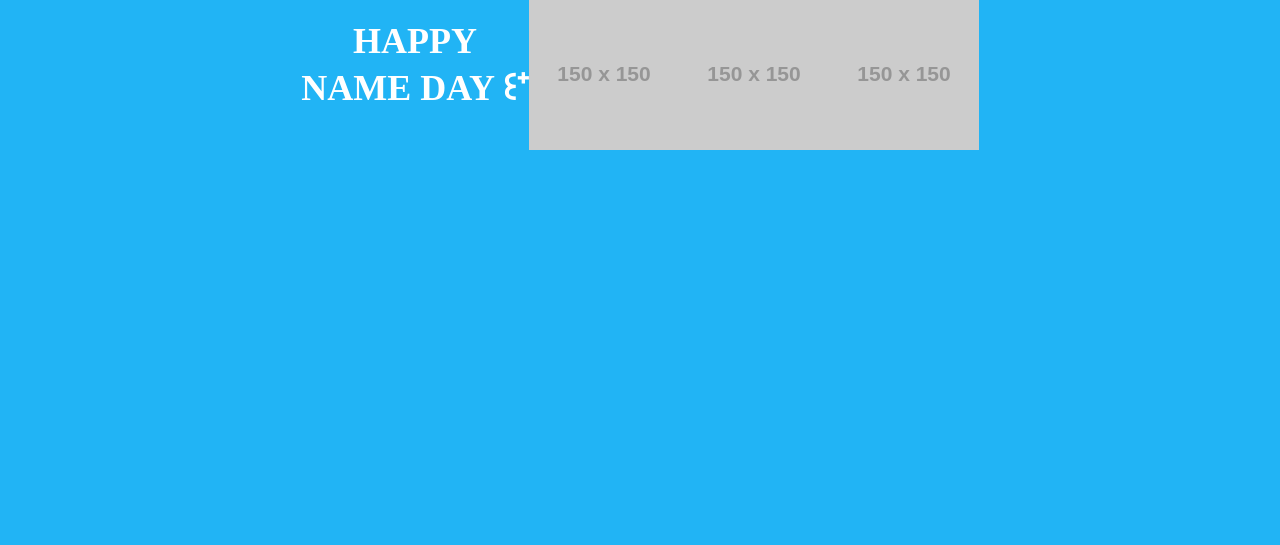
Repository: naps00/BIRTHDAY
Page: /details
An editor plug-in stored every save of this project. The page is shown before and after the next save, followed by the edit.
The browser window is 1280 px wide. The pictures show the whole page.
The project was rebuilt for these pictures with package versions that can differ from the ones it lists, and the page was loaded fresh each time.

Above is the page before, as saved 2024-12-12 04:06:42.

### src/App.js
import React, { useState } from 'react';
import { BrowserRouter as Router, Route, Routes, Link } from 'react-router-dom';
import './App.css';
import Details from './details.js'; // นำเข้า Details.js

function Home() {
  const [showModal, setShowModal] = useState(false);

  // เมื่อวีดีโอจบ ให้แสดง modal
  const handleVideoEnd = () => {
    setShowModal(true);
  };

  return (
    <div className="App">
      <div className="container">
        <div className="text-section" style={{ flex: 1, display: 'flex', flexDirection: 'column', justifyContent: 'center', alignItems: 'center', textAlign: 'center', height: '100vh', color: 'black', fontSize: 'calc(3vw + 0vh)', fontWeight: 'bold' }}>
          <h2>HAPPY BIRTHDAY !!</h2>
          <p>MY LOVE ♡ </p>
          <img src="https://img2.pic.in.th/pic/fc8c0bdfae313c2ffd700a21b05915d6-removebg-preview.png" alt="Happy Birthday Decoration" style={{width: '200px', height: '200PX' }} />
        </div>

        <div className="video-section">
          <video
            className="video-player"
            controls
            onEnded={handleVideoEnd}
          >
            <source src="https://v1.pinimg.com/videos/mc/720p/3d/2a/3c/3d2a3ca4078af4f14258938781ed5f8e.mp4" type="video/mp4" />
            Your browser does not support the video tag.
          </video>
        </div>
      </div>

      {/* Modal */}
      {showModal && (
        <div className="modal-backdrop">
          <div className="modal-content">
            <h2>Are you ready?</h2>
            {/* เปลี่ยนปุ่ม "ปิด" ให้เป็นลิงค์ไปยังหน้า /details */}
            <Link to="/details">
              <button className="pulse">GO !!</button>
            </Link>
          </div>
        </div>
      )}

      {/* เพิ่มอิโมจิที่วิ้งๆ */}
      <div className="emoji">🌟</div>
      <div className="emoji2">✨</div>
      <div className="emoji3">💕</div>

    </div>
  );
}

function App() {
  return (
    <Router>
      <Routes>
        <Route path="/" element={<Home />} />
        <Route path="/details" element={<Details />} /> {/* เพิ่มเส้นทางสำหรับหน้า /details */}
      </Routes>
    </Router>
  );
}

export default App;

### src/App.css
/* การจัด layout ของแอปพลิเคชัน */
.App {
  background-color: white;
  min-height: 100vh;
  display: flex;
  justify-content: center;
  align-items: center;
}

/* ส่วนที่ใช้จัด layout */
.container {
  display: flex;
  flex-direction: row; /* แบ่งพื้นที่ออกเป็น 2 ส่วน */
  width: 100%;
  height: 100vh;
}

/* ส่วนข้อความ */
.text-section {
  flex: 1;
  display: flex;
  flex-direction: column;
  justify-content: center;
  align-items: center;
  padding: 20px;
  background-color: #f9f9f9;
}

.text-section h1 {
  margin-bottom: 20px;
}

/* ส่วนวีดีโอ */
.video-section {
  flex: 1;
  display: flex;
  justify-content: center;
  align-items: center;
  background-color: #000;
}

.video-player {
  width: 100%; /* ให้วีดีโอเต็มความกว้าง */
  height: 100%; /* ให้วีดีโอเต็มความสูง */
  object-fit: cover; /* ปรับวีดีโอให้เต็มพื้นที่โดยไม่เสียสัดส่วน */

/* การแสดง modal */
}
.modal-backdrop {
  position: fixed;
  top: 0;
  left: 0;
  width: 100%;
  height: 100%;
  background: rgba(0, 0, 0, 0.7);
  display: flex;
  justify-content: center;
  align-items: center;
  z-index: 100; /* ทำให้ modal อยู่เหนือสิ่งอื่น */
  animation: fadeInPop 0.5s ease-out;
}

/* เพิ่ม z-index ให้ modal-content */
.modal-content {
  background: white;
  padding: 20px;
  border-radius: 10px;
  text-align: center;
  box-shadow: 0 2px 10px rgba(0, 0, 0, 0.3);
  animation: slideUp 0.3s ease-out;
  z-index: 101; /* ทำให้เนื้อหาของ modal อยู่เหนือ backdrop */
}

/* การแอนิเมชัน fade-in และ pop-up สำหรับ modal backdrop */
@keyframes fadeInPop {
  0% {
    opacity: 0;
    transform: scale(0.8);
  }
  100% {
    opacity: 1;
    transform: scale(1);
  }
}

body {
  font-family: 'Coiny', cursive;
  margin: 0;
  padding: 0;
  box-sizing: border-box;
  background-color: #fef9ef;
  color: #333;
}

h1, h2, p {
  font-family: 'Coiny', cursive; /* ฟอนต์ใหม่สำหรับข้อความ */
}

button {
  font-family: 'Coiny', cursive;
  font-size: 1.2rem;
  background-color: #ff6f61;
  color: #fff;
  padding: 10px 20px;
  border: none;
  border-radius: 8px;
  cursor: pointer;
  transition: background-color 0.3s ease, transform 0.3s ease;
}

button:hover {
  background-color: #ff3d3d;
  transform: scale(1.1);
}

/* การแอนิเมชัน slide-up สำหรับ modal content */
@keyframes slideUp {
  0% {
    transform: translateY(20px);
    opacity: 0;
  }
  100% {
    transform: translateY(0);
    opacity: 1;
  }
}

.modal-content h2 {
  margin-bottom: 20px;
}

.modal-content button {
  padding: 10px 20px;
  background-color: #007bff;
  color: white;
  border: none;
  border-radius: 5px;
  cursor: pointer;
  transition: transform 0.3s ease, background-color 0.3s ease;
}

/* เอฟเฟกต์เมื่อ hover ปุ่ม */
.modal-content button:hover {
  background-color: #0056b3;
  transform: scale(1.1); /* ขยายขนาดปุ่มเมื่อ hover */
}

/* เอฟเฟกต์การเต้นของปุ่ม */
@keyframes pulse {
  0% {
    transform: scale(1);
    opacity: 1;
  }
  50% {
    transform: scale(1.1);
    opacity: 0.8;
  }
  100% {
    transform: scale(1);
    opacity: 1;
  }
}

.pulse {
  animation: pulse 1.5s infinite;
}

/* อิโมจิวิ้งๆ */
.emoji {
  position: fixed;
  top: 30%;
  right: 50%;
  font-size: 30px;
  animation: smoothBounce 1.4s infinite;
  z-index: 50; /* ทำให้ไอคอนอิโมจิอยู่ใต้ modal */
}
.emoji2 {
  position: fixed;
  top: 18%;
  right: 97%;
  font-size: 30px;
  animation: smoothBounce 1.5s infinite;
  z-index: 50; /* ทำให้ไอคอนอิโมจิอยู่ใต้ modal */
}
.emoji3 {
  position: fixed;
  top: 63%;
  right: 65%;
  font-size: 50px;
  animation: smoothBounce 3s infinite;
  z-index: 50; /* ทำให้ไอคอนอิโมจิอยู่ใต้ modal */
}
/* การกระพิบ */
/* @keyframes fadeInOut {
  0%, 100% {
    opacity: 0;
  }
  50% {
    opacity: 1;
  }
}

.fade {
  animation: fadeInOut 1s infinite;
} */

/* การแอนิเมชันวิ้ง */
@keyframes smoothBounce {
  0%, 100% {
    transform: translateY(0);
    opacity: 1;
  }
  25% {
    transform: translateY(-1px);
    opacity: 1;
  }
  50% {
    transform: translateY(-1px);
    opacity: 1;
  }
  75% {
    transform: translateY(5px);
    opacity: 1;
  }
}


/* การแอนิเมชัน zoom-in */
@keyframes zoomIn {
  0% {
    transform: scale(0.8);
    opacity: 0;
  }
  100% {
    transform: scale(1);
    opacity: 1;
  }
}

.zoom-in {
  animation: zoomIn 0.4s ease-out;
}

/* เอฟเฟกต์ fade-in สำหรับเนื้อหาที่โหลด */
.fade-in {
  opacity: 0;
  animation: fadeIn 1s forwards;
}

@keyframes fadeIn {
  from {
    opacity: 0;
  }
  to {
    opacity: 1;
  }
}

### src/details.js
import React, { useState, useEffect } from 'react';
import './details.css';

function DetailsPage() {
  const [isBlue, setIsBlue] = useState(true);

  // ฟังก์ชันเพื่อสลับสีพื้นหลังทุก 2 วินาที
  useEffect(() => {
    const interval = setInterval(() => {
      setIsBlue((prev) => !prev);
    }, 2000); // สลับทุก 2 วินาที

    return () => clearInterval(interval); // เคลียร์ interval เมื่อคอมโพเนนต์ถูก unmount
  }, []);

  return (
    <div className={`details-page ${isBlue ? 'blue' : 'pink'}`}>
      <div className="content">
        <h1>
          HAPPY <br />
          NAME DAY ꒰⁺
        </h1>
      </div>
      <div className="card-stack">
        {/* ใส่ภาพที่ต้องการ */}
        <img src="https://via.placeholder.com/150" alt="card" className="card" />
        <img src="https://via.placeholder.com/150" alt="card" className="card" />
        <img src="https://via.placeholder.com/150" alt="card" className="card" />
      </div>
    </div>
  );
}

export default DetailsPage;

### src/details.css
.details-page {
  display: flex;
  justify-content: center; /* จัดให้ข้อความอยู่กลางแนวนอน */
  align-items: flex-start; /* จัดให้ข้อความอยู่ที่ด้านบนสุด */
  height: 100vh;
  transition: background-color 2s ease-in-out;
}

.details-page.blue {
  background-color: #00bfff; /* ฟ้าสด */
}

.details-page.pink {
  background-color: #ff69b4; /* ชมพูสด */
}

.content h1 {
  font-size: 36px;
  font-weight: bold;
  color: white;
  text-align: center;
  margin: 0;
  padding-top: 20px; /* ระยะห่างจากขอบบน */
}

Loaded but not shown: public/index.html (common file); src/index.js (common file); src/index.css (common file); src/reportWebVitals.js (common file)

After the next save:
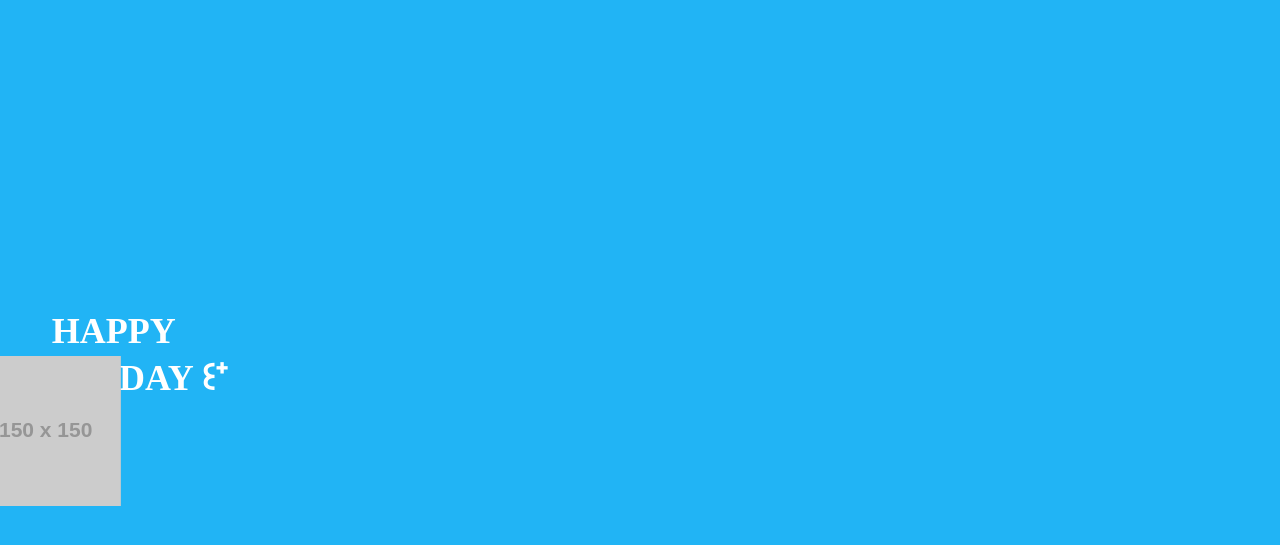
Saved 8 s later.
--- a/src/details.css
+++ b/src/details.css
@@ -1,9 +1,10 @@
 .details-page {
   display: flex;
-  justify-content: center; /* จัดให้ข้อความอยู่กลางแนวนอน */
-  align-items: flex-start; /* จัดให้ข้อความอยู่ที่ด้านบนสุด */
+  justify-content: center;
+  align-items: flex-start; /* จัดข้อความให้อยู่ที่ด้านบนสุด */
   height: 100vh;
   transition: background-color 2s ease-in-out;
+  flex-direction: column; /* ให้ข้อความอยู่ด้านบน และภาพอยู่ด้านล่าง */
 }
 
 .details-page.blue {
@@ -22,3 +23,31 @@
   margin: 0;
   padding-top: 20px; /* ระยะห่างจากขอบบน */
 }
+
+.card-stack {
+  position: relative;
+  display: flex;
+  justify-content: center;
+  align-items: center;
+  margin-top: 30px;
+}
+
+.card {
+  position: absolute;
+  animation: shuffle 2s infinite alternate; /* ใช้ animation สำหรับการเคลื่อนไหว */
+  width: 150px;
+  height: 150px;
+  z-index: 1;
+}
+
+/* สร้างการเคลื่อนไหวที่ดูเหมือนสับไพ่ */
+@keyframes shuffle {
+  0% {
+    transform: translateX(-50px); /* เคลื่อนที่ไปทางซ้าย */
+    z-index: 2;
+  }
+  100% {
+    transform: translateX(50px); /* เคลื่อนที่ไปทางขวา */
+    z-index: 1;
+  }
+}
